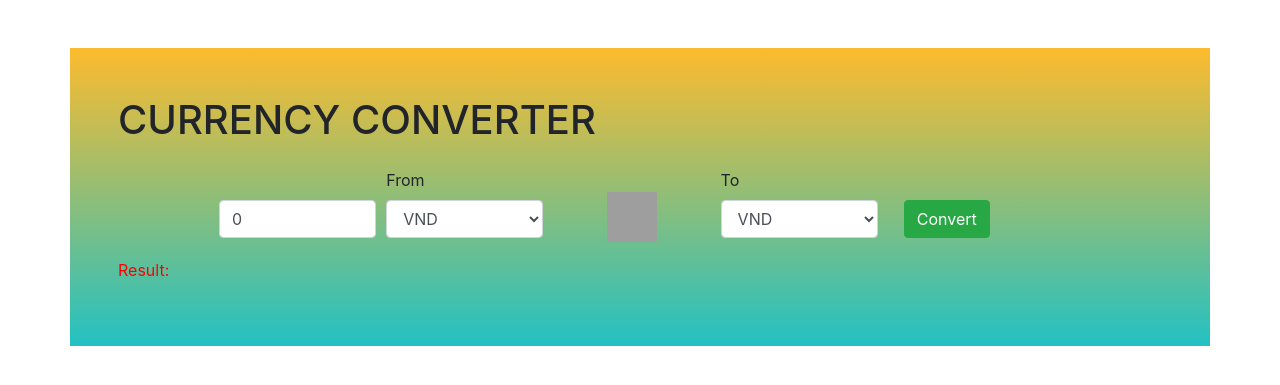
Repository: tts2610/MoneyConverter
Page: index.html
The author's editor kept a copy of each file at every save. The page is drawn from the files as they stood at one save, then again after the next save.
The browser window is 1280 px wide. The pictures show the whole page.
Pictures or frames that could not be fetched are drawn as grey boxes.

Above is the page before, as saved 2020-05-11 21:05:27.

### index.html
<!DOCTYPE html>
<html lang="en">

<head>
    <meta charset="UTF-8">
    <meta name="viewport" content="width=device-width, initial-scale=1.0">
    <title>Document</title>
    <link rel="stylesheet" href="https://maxcdn.bootstrapcdn.com/bootstrap/4.4.1/css/bootstrap.min.css">

    <!-- jQuery library -->
    <script src="https://ajax.googleapis.com/ajax/libs/jquery/3.4.1/jquery.min.js"></script>

    <!-- Popper JS -->
    <script src="https://cdnjs.cloudflare.com/ajax/libs/popper.js/1.16.0/umd/popper.min.js"></script>

    <!-- Latest compiled JavaScript -->
    <script src="https://maxcdn.bootstrapcdn.com/bootstrap/4.4.1/js/bootstrap.min.js"></script>

</head>

<body>

    <form class="container my-5 px-5 py-5" style="
    background: rgb(34,193,195);
    background: linear-gradient(0deg, rgba(34,193,195,1) 0%, rgba(253,187,45,1) 100%);
">
        <h1 class="mx-auto">CURRENCY CONVERTER</h1>
        <div class="form-row justify-content-md-center px-5 mx-5">
            <div class="col mt-5">
                <input type="number" class="form-control" placeholder="Amount" id="amount">
            </div>
            <div class="col mt-3">
                <label>From</label>
                <select class="form-control" id="fromCurrency">
            </select>
            </div>
            <div class="col mt-4 py-3" style="display: flex;justify-content: center; cursor: pointer;" onClick="swap()">
                <img src="https://cdn3.iconfinder.com/data/icons/basic-interface/100/update-512.png" width="50px" height="50px">
            </div>
            <div class="col mt-3">
                <label>To</label>
                <select class="form-control" id="toCurrency">
            </select>

            </div>
            <div class="col mt-5 ml-3">
                <button type="button" class="btn btn-success" onClick="submitAmount()">Convert</button>
            </div>
        </div>
        <p id="result" style="color: red;">Result:</p>
    </form>
    <script src="js/script.js"></script>
    <script>
    </script>
</body>

</html>

### js/script.js
/*dic = {
    fromCurrency:{
        toCurrency:[currencyRatio,locale,currencySymbol],
        toCurrency:[currencyRatio,locale,currencySymbol],
        toCurrency:[currencyRatio,locale,currencySymbol],
        .....
    },
    fromCurrency:
        .....
}*/
let dic = {
    "vnd": { "usd": [1 / 23206, "en", "USD"], "jpy": [1 / 216.703, "ja-JP", "JPY"], "krw": [1 / 18.9136, "krw", "KRW"], "idr": [1 / 1.55505, "idr", "idr"], "eur": [1 / 25111, "de-DE", "EUR"], "vnd": [1, "vi", "VND"] },
    "usd": { "vnd": [23206, "vi", "VND"], "jpy": [107.297, "ja-JP", "JPY"], "krw": [1223.80, "krw", "KRW"], "idr": [14904, "idr", "idr"], "eur": [1 / 1.08207, "de-DE", "EUR"], "usd": [1, "en", "USD"] },
    "jpy": { "vnd": [216.703, "vi", "VND"], "usd": [1 / 107.297, "en", "USD"], "krw": [11.4099, "krw", "KRW"], "idr": [138.937, "idr", "idr"], "eur": [1 / 116.054, "de-DE", "EUR"], "jpy": [1, "ja-JP", "JPY"] },
    "krw": { "vnd": [18.9136, "vi", "VND"], "usd": [1 / 1224.06, "en", "USD"], "jpy": [1 / 11.4096, "ja-JP", "JPY"], "idr": [12.1833, "idr", "idr"], "eur": [1 / 1323.75, "de-DE", "EUR"], "krw": [1, "krw", "KRW"] },
    "idr": { "vnd": [1.55505, "vi", "VND"], "usd": [1 / 14910, "en", "USD"], "jpy": [1 / 138.985, "ja-JP", "JPY"], "krw": [1 / 12.1818, "krw", "KRW"], "eur": [1 / 16134.84, "de-DE", "EUR"], "idr": [1, "idr", "idr"] },
    "eur": { "vnd": [25081, "vi", "VND"], "usd": [1.08207, "en", "USD"], "jpy": [116.054, "ja-JP", "JPY"], "idr": [16129, "idr", "idr"], "krw": [1323.75, "krw", "KRW"], "eur": [1, "de-DE", "EUR"] },
}
let isValid = false;
let from = null;
let to = null;
let amount = 0;
var fromCurrency = null;
var toCurrency = null;
$(document).ready(function() {
    fromCurrency = document.getElementById("fromCurrency");
    toCurrency = document.getElementById("toCurrency");
    document.getElementById("amount").value = 0;
    let selectList = Object.keys(dic);
    selectList.forEach(element => {
        var option = document.createElement("option");
        option.text = element.toUpperCase();
        fromCurrency.add(option);
    })
    selectList.forEach(element => {
        var option = document.createElement("option");
        option.text = element.toUpperCase();
        toCurrency.add(option);
    })

});

function swap() {
    var x = fromCurrency.value;
    fromCurrency.value = toCurrency.value;
    toCurrency.value = x;
}

function submitAmount() {
    amount = document.getElementById("amount").value;
    from = fromCurrency.value.toLowerCase();
    to = toCurrency.value.toLowerCase();
    document.getElementById("result").innerText = "Result: " + convert(from, to);
    document.getElementById("result").style.color = "red"
}

// conversion
function convert(from, to) {
    let currencyRatio = dic[from][to][0];
    let locale = dic[from][to][1];
    let currency = dic[from][to][2];
    let res = (amount * currencyRatio);
    return new Intl.NumberFormat(locale, { style: 'currency', currency: currency, maximumSignificantDigits: 3 }).format(res);
}

After the next save:
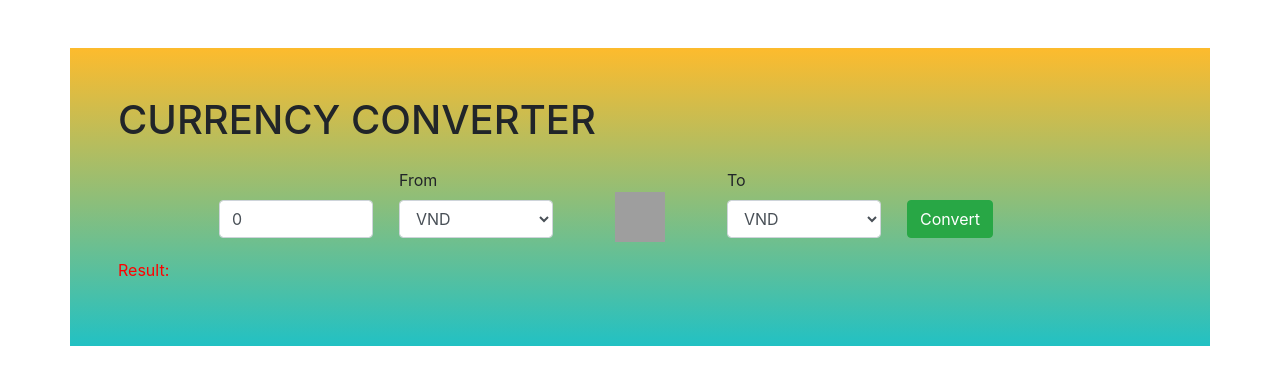
Saved 14 s later.
--- a/index.html
+++ b/index.html
@@ -29,7 +29,7 @@
             <div class="col mt-5">
                 <input type="number" class="form-control" placeholder="Amount" id="amount">
             </div>
-            <div class="col mt-3">
+            <div class="col mt-3 ml-3">
                 <label>From</label>
                 <select class="form-control" id="fromCurrency">
             </select>
